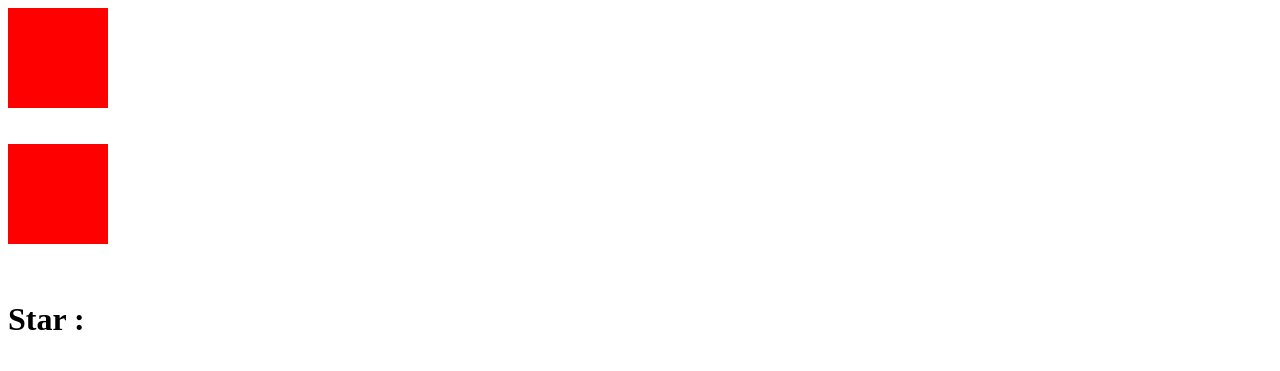
Repository: Shinhan1/shinhan
Page: http://localhost/web_goott/w20200324/w20200324_Test1.jsp
An editor plug-in stored every save of this project. The page is shown before and after the next save, followed by the edit.
The browser window is 1280 px wide. The pictures show the whole page.
The page is served by Tomcat 9.

Above is the page before, as saved 2020-03-24 08:15:42.

### web_goott/WebContent/w20200324/w20200324_Test1.jsp
<%@ page language="java" contentType="text/html; charset=UTF-8"
    pageEncoding="UTF-8"%>
<!DOCTYPE html>
<html>
<head>
<meta charset="UTF-8">
<title>Test1</title>
<style type="text/css">
	div{
		margin-left: 0px;
		width: 100px;
		height: 100px;
		background-color: red;
	}
</style>
<script src="https://ajax.googleapis.com/ajax/libs/jquery/3.4.1/jquery.min.js"></script>
<script type="text/javascript">
	$(function(){
		$('#div1').click(function(){
			$(this).animate({
				marginLeft: "+=100"
			}, 500);
			$(this).animate({
				width : "+=100"
			}, 500);
			$(this).animate({
				height : "+=100"
			}, 500);

		});

		$('#div2').click(function(){
			$(this).animate({
				marginLeft: "+=100"
			}, 500);
			$(this).animate({
				width : "+=100"
			}, 500);
			$(this).animate({
				height : "+=100"
			}, 500, function(){
				$(this).hide();
			});

		});

		$('h1').animate({}, 1000);


		$('h1').click(function(){
			$(this).append(" ★ ");
		});


	});
</script>
</head>
<body>
	<div id="div1"></div>
	<br /><br />
	<div id="div2"></div>
	<br /><br />
	<h1>Star : </h1>

</body>
</html>

After the next save:
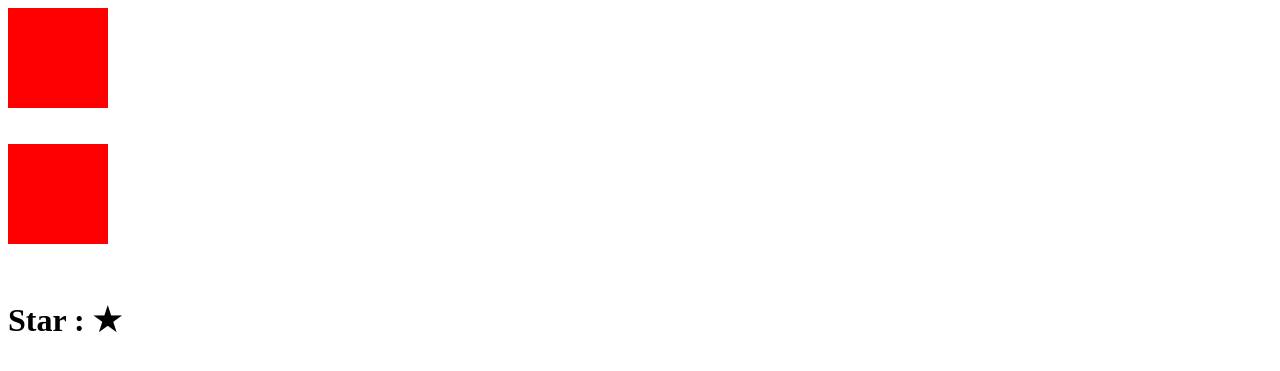
Saved 4 min 2 s later.
--- a/web_goott/WebContent/w20200324/w20200324_Test1.jsp
+++ b/web_goott/WebContent/w20200324/w20200324_Test1.jsp
@@ -44,7 +44,7 @@
 
 		});
 
-		$('h1').animate({}, 1000);
+		$('h1').append(" ★ ");
 
 
 		$('h1').click(function(){

After the save that followed:
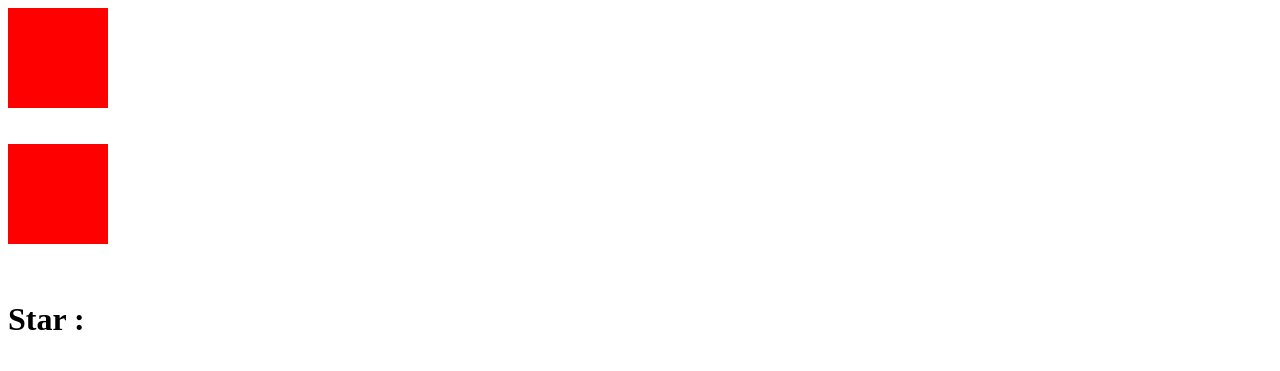
Saved 6 min 49 s later.
--- a/web_goott/WebContent/w20200324/w20200324_Test1.jsp
+++ b/web_goott/WebContent/w20200324/w20200324_Test1.jsp
@@ -44,7 +44,11 @@
 
 		});
 
-		$('h1').append(" ★ ");
+		$('h1').animate(function(){
+
+			$('h1').append(" ★ ");
+
+		});
 
 
 		$('h1').click(function(){
